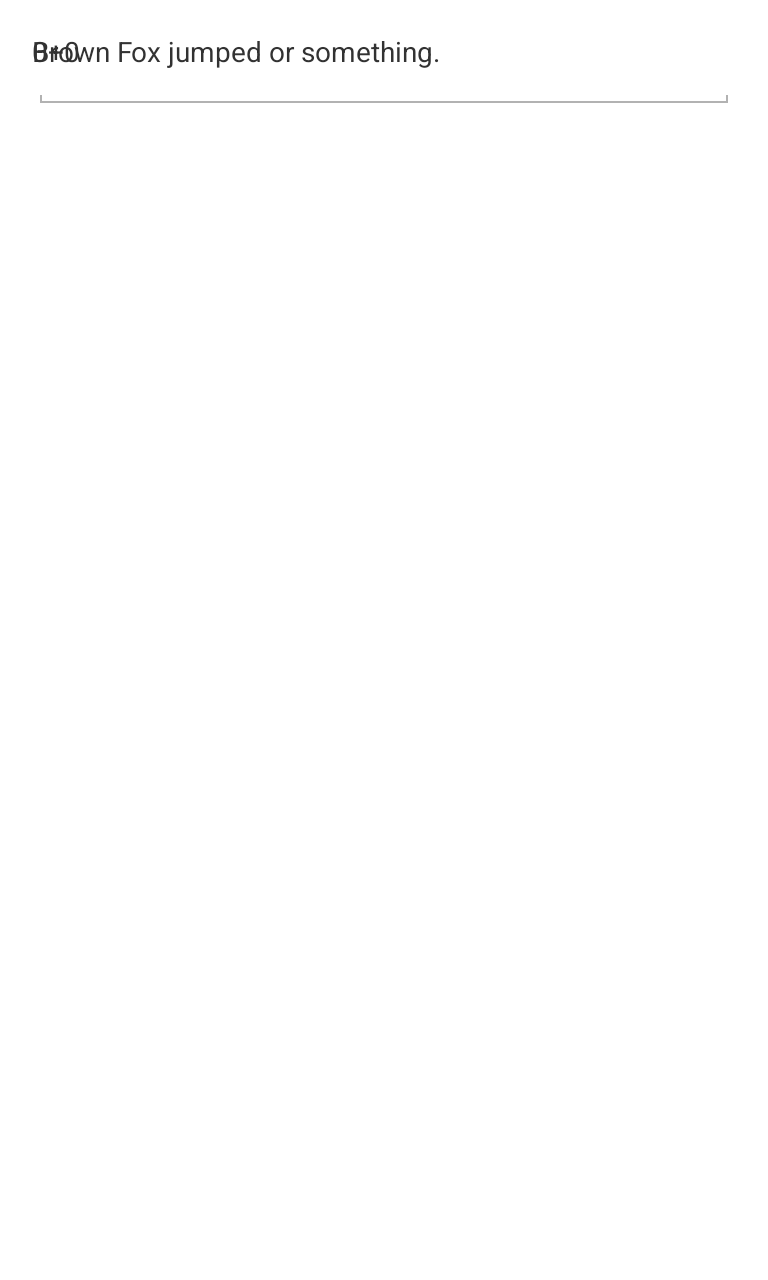
Repository: l2y/MathQuizApp
Layout: MathQuiz/res/layout/activity_quiz.xml
These files come from the project's save history. The layout is drawn as it stood at one moment and after the next save; the edit follows.
It is drawn on a 768 x 1280 px phone screen (xhdpi) without system bars, with theme AppTheme; the app's code is not run.

Above is the layout before, as saved 2014-04-08 01:23:33.

After the next save:
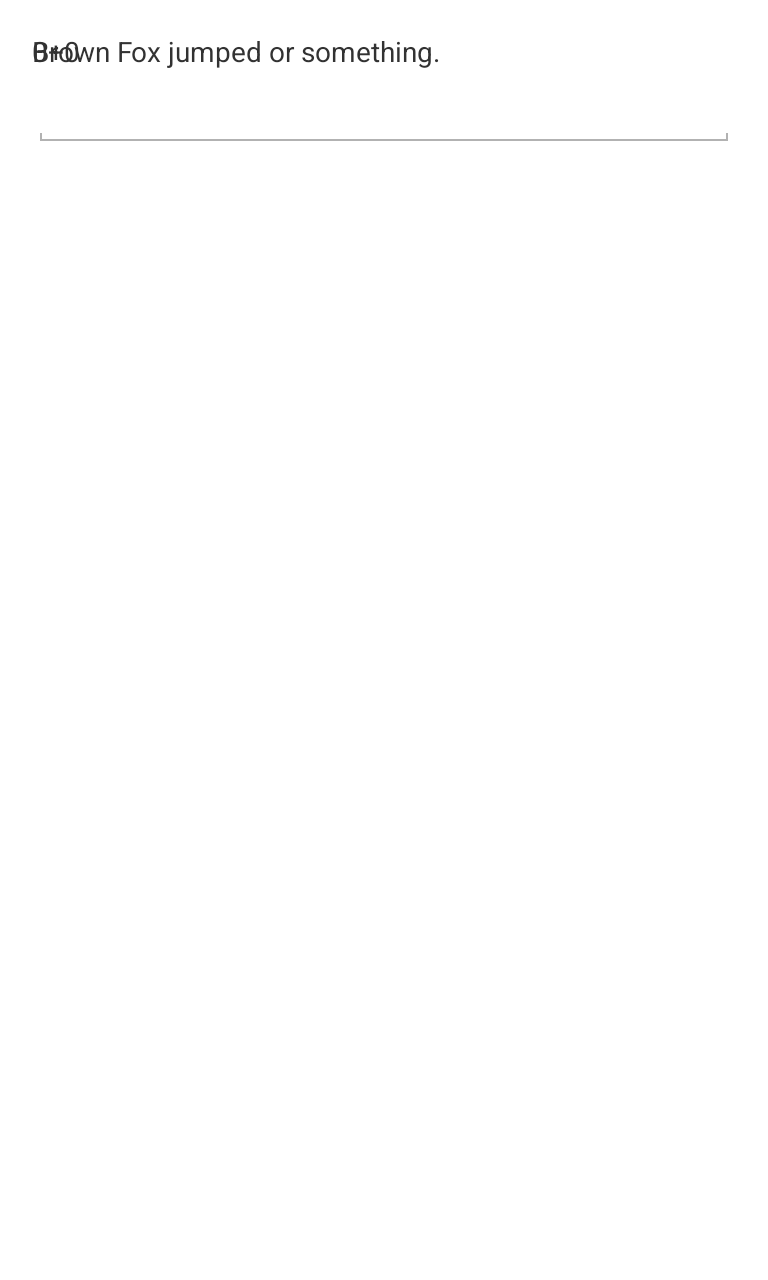
Saved 60 s later.
--- a/MathQuiz/res/layout/activity_quiz.xml
+++ b/MathQuiz/res/layout/activity_quiz.xml
@@ -16,7 +16,8 @@
     <LinearLayout
         android:layout_width="fill_parent"
         android:layout_height="wrap_content"
-        android:layout_alignParentTop="true">
+        android:layout_alignParentTop="true"
+        android:id="@+id/question">
 	    <TextView
 	        android:layout_width="wrap_content"
 	        android:layout_height="wrap_content"
@@ -37,6 +38,7 @@
         android:inputType="number"
         android:layout_width="match_parent"
         android:layout_height="wrap_content"
-        android:id="@+id/answer"/>
+        android:id="@+id/answer"
+        android:layout_below="@+id/question"/>
 
 </RelativeLayout>
